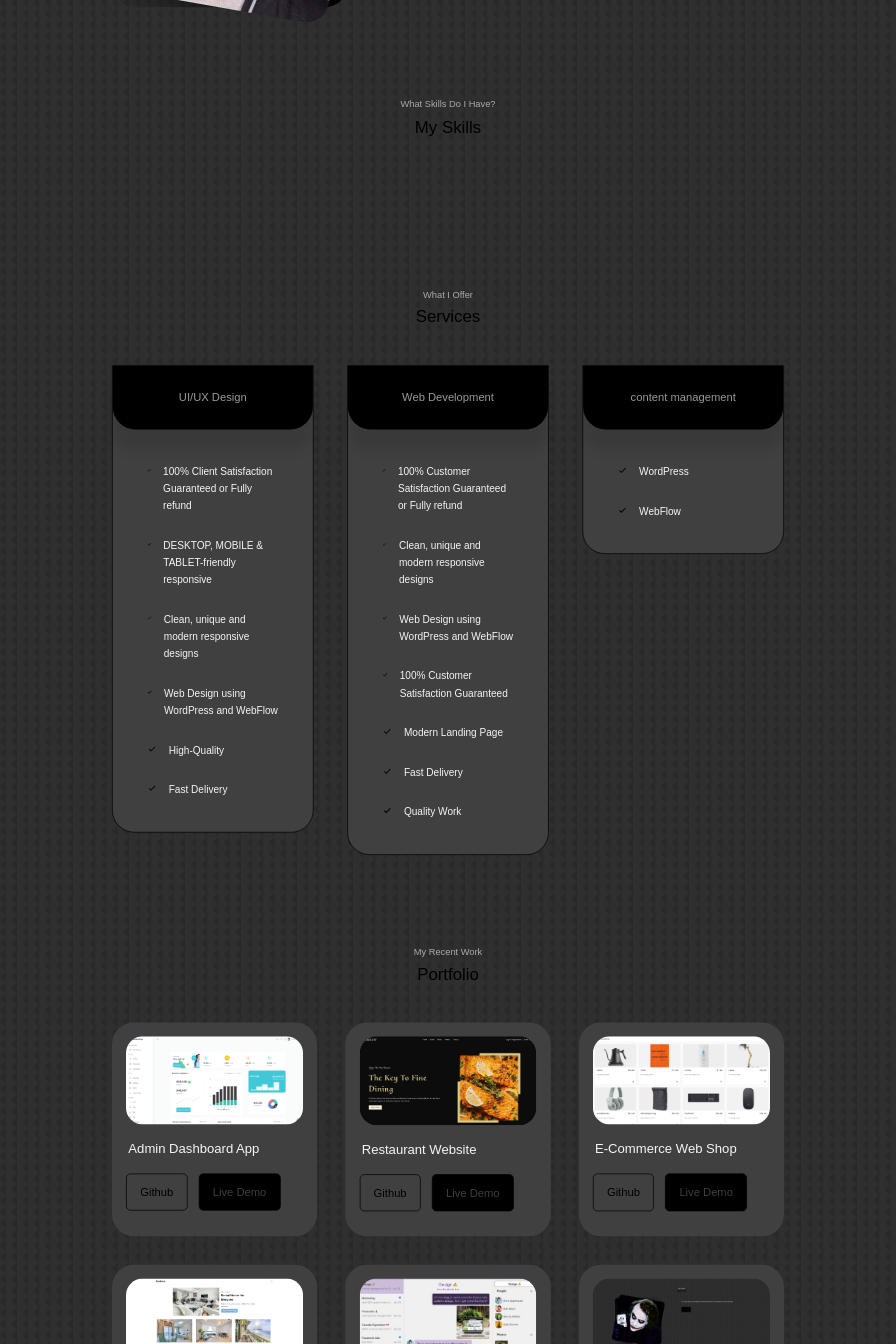
Repository: Z-Bahaa/project_joker_react_portfolio
Page: /
An editor plug-in stored every save of this project. The page is shown before and after a run of saves, followed by the edit.
The browser window is 1280 px wide. The pictures show the part of the page from y = 1429 to 3349 px (the page is 4875 px tall before and 5032 px after), at 70% of full size.
Some web fonts or font styles are not loaded; a fallback is used. The project was rebuilt for these pictures with package versions that can differ from the ones it lists, and the page was loaded fresh each time. Imported but missing from the stored project, and not drawn on this page: src/assets/resume.pdf.

Above is the page before, as saved 2023-08-20 23:47:18.

After the next 10 saves:
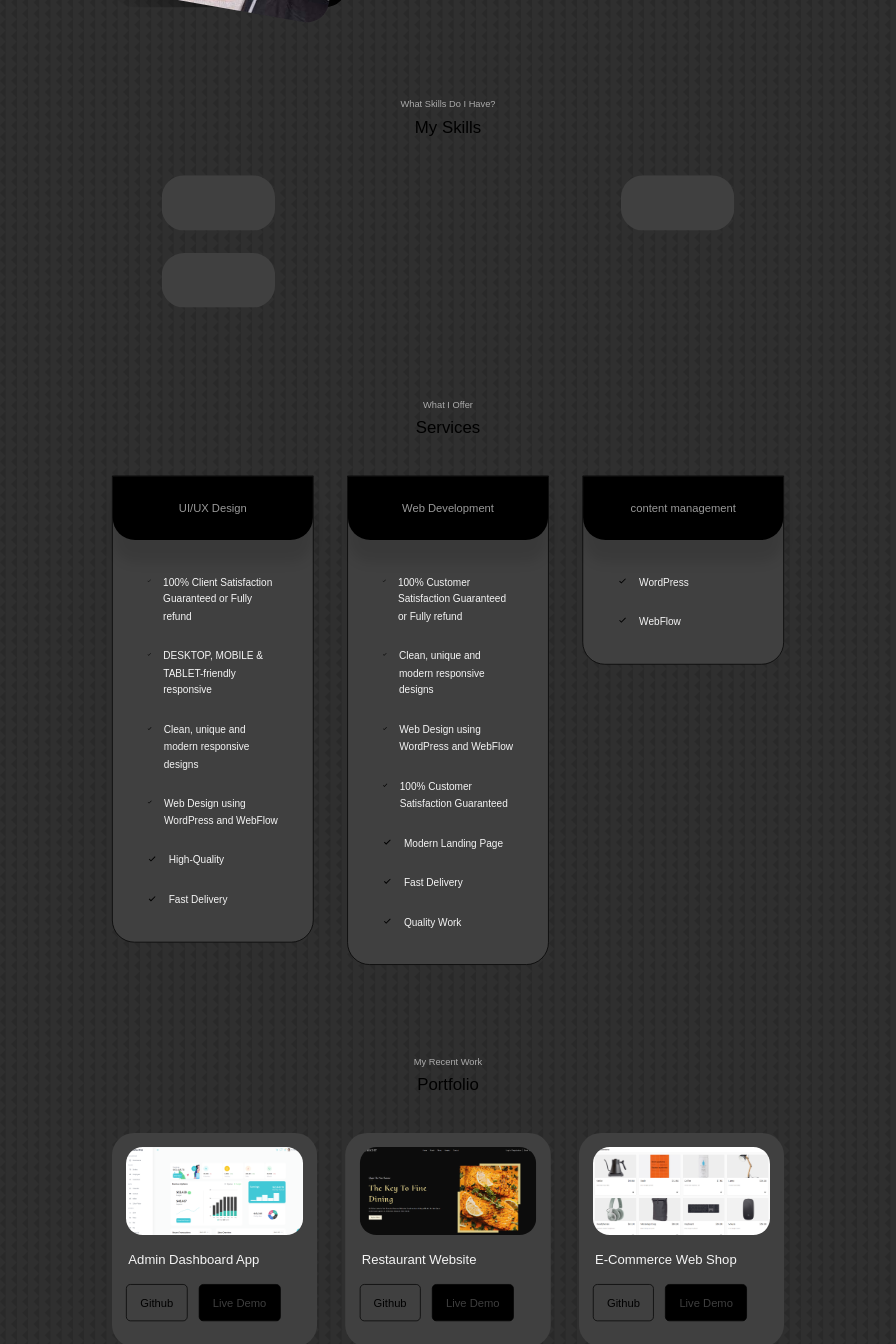
The 10 saves are shown as one change because 3 did not build or start and some came seconds apart.
The last was saved 32 s later.
--- a/src/components/experience/Experience.jsx
+++ b/src/components/experience/Experience.jsx
@@ -10,7 +10,9 @@
     <div className="experience__container">
       {
         experiences.map((feild) => (
-          <h1></h1>
+          <div>
+
+          </div>
         ))
       }
     </div>
